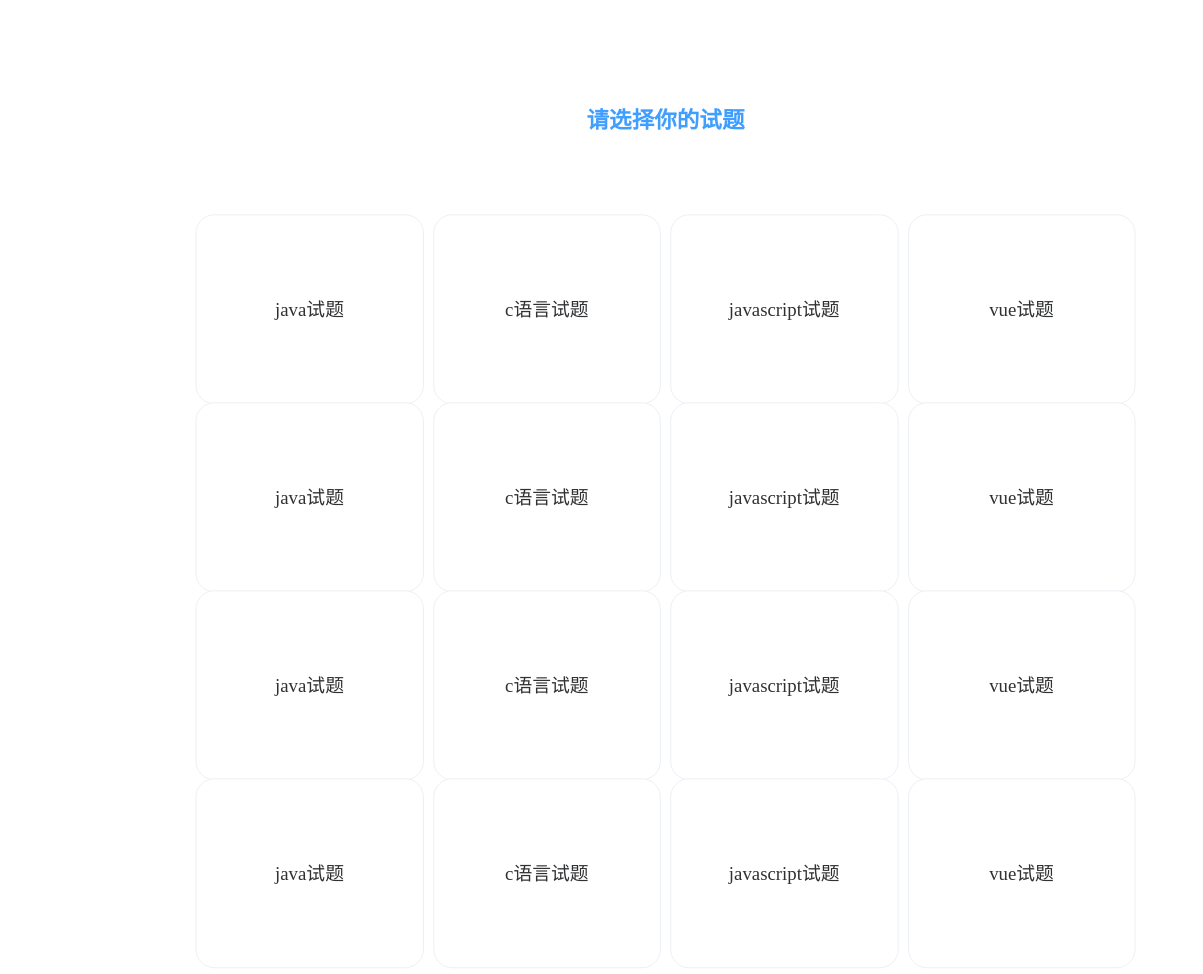
Repository: Fhup/OQP
Page: /home
The author's editor kept a copy of each file at every save. The page is drawn from the files as they stood at one save, then again after the next save.
The browser window is 1280 px wide. The pictures show the whole page, at 94% of full size.
The project was rebuilt for these pictures with package versions that can differ from the ones it lists, and the page was loaded fresh each time.

Above is the page before, as saved 2021-11-28 08:41:50.

### index.html
<!DOCTYPE html>
<html>
  <head>
    <meta charset="utf-8">
    <meta name="viewport" content="width=device-width,initial-scale=1.0">
    <title>oqp</title>
  </head>
  <body>
    <div id="app"></div>
    <!-- built files will be auto injected -->
  </body>
</html>

### src/main.js
import Vue from 'vue'
import App from './App'
import router from './router'

import ElementUI from 'element-ui';
import 'element-ui/lib/theme-chalk/index.css';

Vue.config.productionTip = false


Vue.use(ElementUI);

new Vue({
    el: '#app',
    router,
    render: h => h(App)
})

### src/App.vue
<template>
  <div id="app">
    <router-view></router-view>
  </div>
</template>

<script>
export default {
    name: 'App',
}
</script>

<style scoped>
  @import url('assets/css/base.css');
</style>

### src/router/index.js
//配置路由相关的信息
import Vue from 'vue'
import Router from 'vue-router'

const home = () =>
    import ('views/home/home')
const login = () =>
    import ('views/login/login')



// Vue.use() 安装插件
Vue.use(Router);
// 对多次push进行处理
const originalPush = Router.prototype.push
Router.prototype.push = function push(location) {
    return originalPush.call(this, location).catch(err => err)
}

var routes = [{
        path: "",
        redirect: "/login"
    },
    {
        path: "/login",
        component: login
    },
    {
        path: "/home",
        component: home
    }
]

const router = new Router({
    mode: 'history',
    linkActiveClass: 'active',
    routes
})


//前置守卫(guard)
// router.beforeEach((to, from, next) => {
//     //从from到to 实现路由导航
//     document.title = to.matched[0].meta.title
//     next()
// })

//后置钩子(hook)
// router.afterEach((to, from) => {
//     // console.log('----------')
// })

export default router

### src/views/home/home.vue
<template>
<div class="home">
  <home-check/>
</div>
</template>

<script>
import homeCheck from './childCopms/homeCheck.vue';
export default {
  components: { homeCheck },
  name: 'Home',

  data() {
    return {

    };
  },

  mounted() {

  },

  methods: {

  },
};
</script>

<style scoped>

</style>

### src/views/home/childCopms/homeCheck.vue
<template>
  <div class="homecheck">
          <el-row>
        <el-col :span="24"><div class="top">
          <h2>请选择你的试题</h2>
        </div></el-col>
      </el-row>
      <el-row :gutter="10" v-for="item in type">
      <el-col :span="6"><div class="grid-content" @click="check('java')">
        <el-card shadow="hover" >
          java试题
        </el-card>
      </div></el-col>
      <el-col :span="6"><div class="grid-content" @click="check('c')">
        <el-card shadow="hover" >
          c语言试题
        </el-card>
      </div></el-col>
      <el-col :span="6"><div class="grid-content" @click="check('javascript')">
        <el-card shadow="hover" >
          javascript试题
        </el-card>
      </div></el-col>
      <el-col :span="6"><div class="grid-content" @click="check('vue')">
        <el-card shadow="hover">
          vue试题
        </el-card>
      </div></el-col>
    </el-row>
  <el-dialog
    :title="checked"
    :visible.sync="dialogVisible"
    width="30%"
    :before-close="handleClose">
    <div>
      <div class="block">
        <span class="demonstration">选择试题个数(默认为10个)</span>
        <el-slider
          v-model="value"
          :step="10"
          :min="10"
          show-stops>
        </el-slider>
      </div>
    </div>
    <span slot="footer" class="dialog-footer">
      <el-button @click="dialogVisible = false">取 消</el-button>
      <el-button type="primary" @click="dialogVisible = false">确 定</el-button>
    </span>
  </el-dialog>
  </div>
</template>

<script>
export default {
  name: 'homeCheck',

  data() {
    return {
      type:["java","c","javascript","vue"],
      dialogVisible: false,
      checked:null,
      value:[10,100]
    };
  },

  mounted() {

  },

  methods: {
    handleClose(done) {
        this.$confirm('确认关闭？')
          .then(_ => {
            done();
          })
          .catch(_ => {});
      },
    check(info){
      this.dialogVisible=true
      this.checked=info
    }
  },
};
</script>

<style scoped>
.homecheck{
    margin: 0 200px;
    min-width: 1000px;
    user-select: none;
  }
  .top{
    height: 200px;
    line-height: 200px;
    text-align: center;
  }
  h2{
    cursor: help;
    color:  #409EFF;
  }
</style>

<style>
  .homecheck .grid-content {
    min-height: 200px;
    min-width: 200px;
    height: 200px;
    border-radius: 20px;
    line-height: 160px;
    text-align: center;
    font-size: 20px;
    cursor: pointer;
  }
  .homecheck .el-card{
    height: 200px;
    border-radius: 20px;
  }
</style>

### src/views/home/childCopms/homeCheckItem.vue
<template>
  <div class="homecheckitem">
    <!-- <el-col :span="6"><div class="grid-content" @click="check('java')">
        <el-card shadow="hover" >
          java试题
        </el-card>
    </div></el-col> -->
    <h2>haha</h2>
  </div>
</template>

<script>
export default {
  name: 'homeCheckItem',

  data() {
    return {

      dialogVisible: false,
      checked:null,
      value:[10,100]
    };
  },

  mounted() {

  },

  methods: {
    handleClose(done) {
        this.$confirm('确认关闭？')
          .then(_ => {
            done();
          })
          .catch(_ => {});
      },
    check(info){
      this.dialogVisible=true
      this.checked=info
    }
  },
};
</script>

<style scoped>
.homecheck{
    margin: 0 200px;
    min-width: 1000px;
    user-select: none;
  }
  .top{
    height: 200px;
    line-height: 200px;
    text-align: center;
  }
  h2{
    cursor: help;
    color:  #409EFF;
  }
</style>

<style>
  .homecheck .grid-content {
    min-height: 200px;
    min-width: 200px;
    height: 200px;
    border-radius: 20px;
    line-height: 160px;
    text-align: center;
    font-size: 20px;
    cursor: pointer;
  }
  .homecheck .el-card{
    height: 200px;
    border-radius: 20px;
  }
</style>

Loaded but not shown: src/assets/css/base.css (common file)

After the next save:
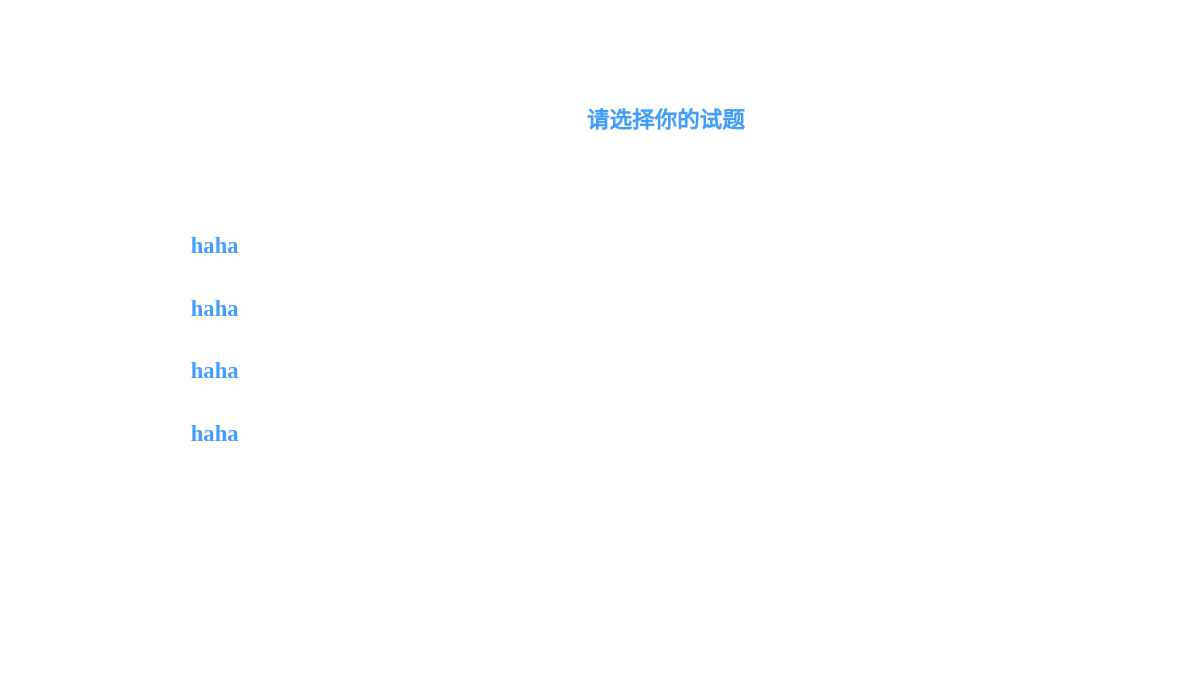
Saved 7 s later.
--- a/src/views/home/childCopms/homeCheck.vue
+++ b/src/views/home/childCopms/homeCheck.vue
@@ -1,12 +1,13 @@
 <template>
   <div class="homecheck">
-          <el-row>
+      <el-row>
         <el-col :span="24"><div class="top">
           <h2>请选择你的试题</h2>
         </div></el-col>
       </el-row>
       <el-row :gutter="10" v-for="item in type">
-      <el-col :span="6"><div class="grid-content" @click="check('java')">
+        <home-check-item/>
+      <!-- <el-col :span="6"><div class="grid-content" @click="check('java')">
         <el-card shadow="hover" >
           java试题
         </el-card>
@@ -25,7 +26,7 @@
         <el-card shadow="hover">
           vue试题
         </el-card>
-      </div></el-col>
+      </div></el-col> -->
     </el-row>
   <el-dialog
     :title="checked"
@@ -52,7 +53,9 @@
 </template>
 
 <script>
+import homeCheckItem from './homeCheckItem.vue';
 export default {
+  components: { homeCheckItem },
   name: 'homeCheck',
 
   data() {
